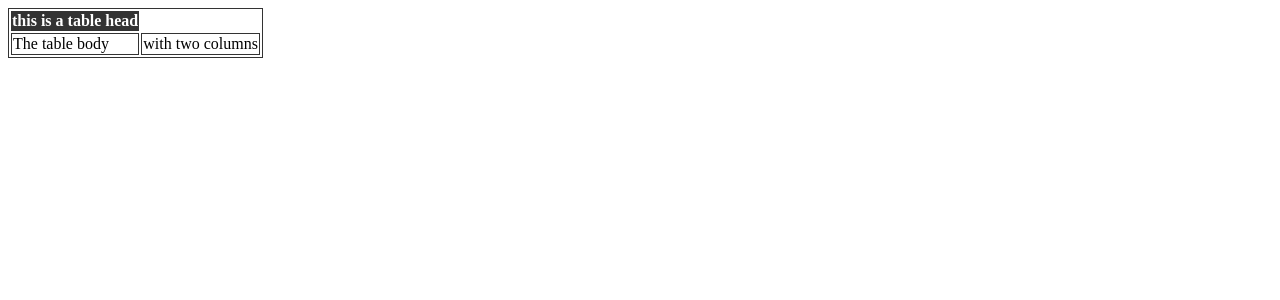
Repository: ishanbassi/trademark-gazette-searcher
Page: /
The author's editor kept a copy of each file at every save. The page is drawn from the files as they stood at one save, then again after the next save.
The browser window is 1280 px wide. The pictures show the whole page.
The project was rebuilt for these pictures with package versions that can differ from the ones it lists, and the page was loaded fresh each time. The framework's server and built-in components were replaced by stand-ins that run in the browser. Also part of the build but not shown: next.config.js.

Above is the page before, as saved 2022-04-04 15:51:07.

After the next save:
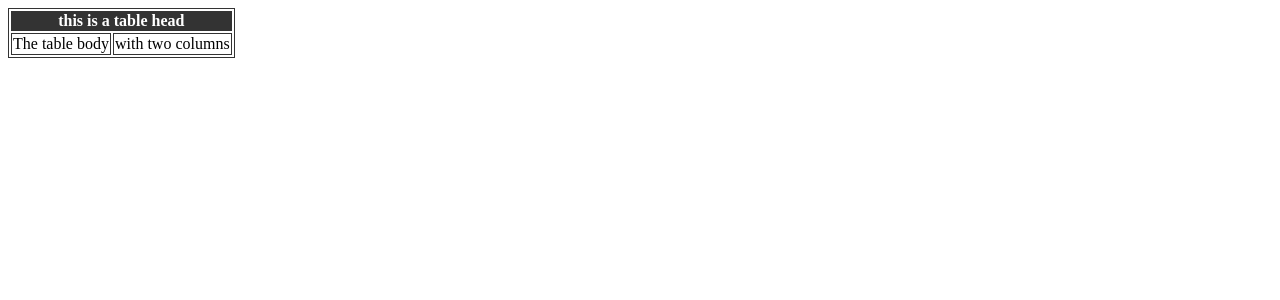
Saved 20 s later.
--- a/pages/index.tsx
+++ b/pages/index.tsx
@@ -5,7 +5,7 @@ export default function App() {
         <table>
             <thead>
                 <tr>
-                    <th>this is a table head</th>
+                    <th colSpan={2}>this is a table head</th>
                 </tr>
             </thead>
             <tbody>
